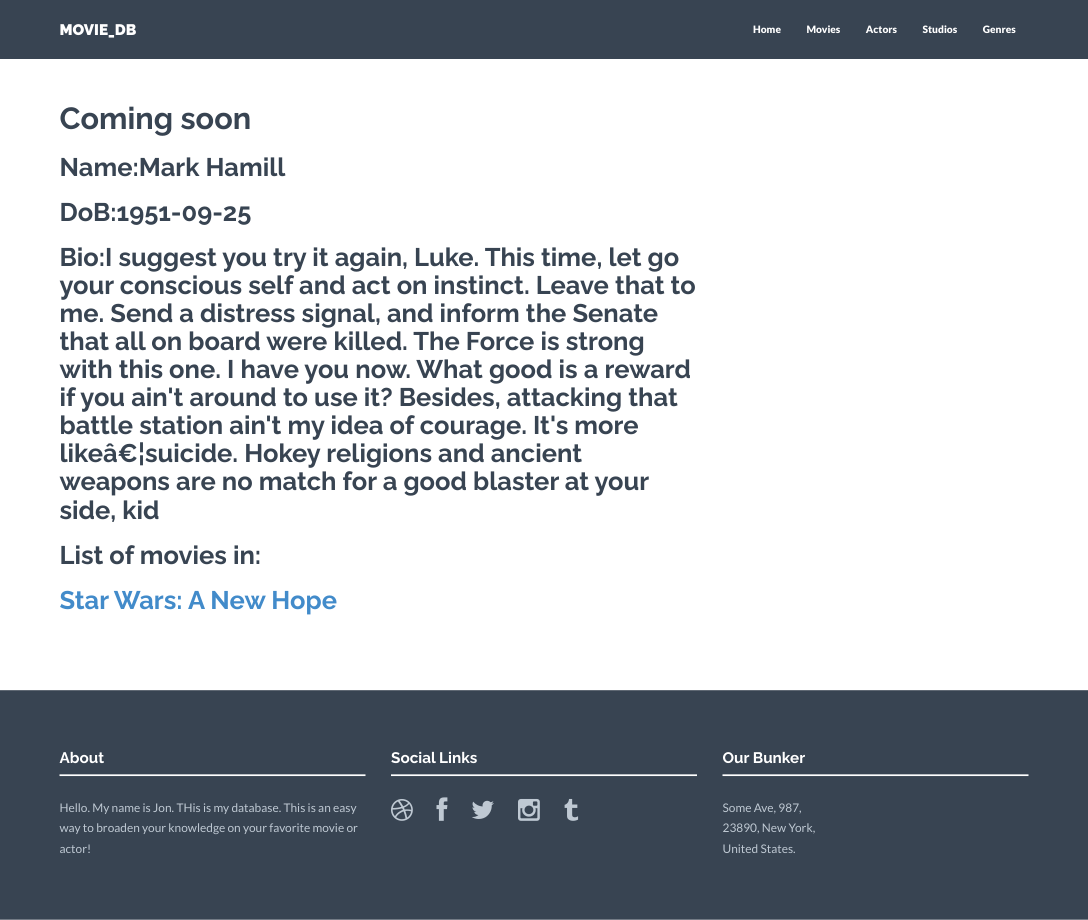
Repository: jonak91/Buzzerd-index
Page: http://localhost/actor.php?aID=1
The author's editor kept a record of every edit. The page is drawn from the files as they stood at one moment, then again after the next edit.
The browser window is 1280 px wide. The pictures show the whole page, at 85% of full size.
Some web libraries are served in a nearby version. The page is run by PHP 8.4 with error messages shown; the project is at /var/www/html/. The database holds what the project's SQL file puts in it.

Above is the page before.
Not found: assets/js/modernizr.js

After the next edit:
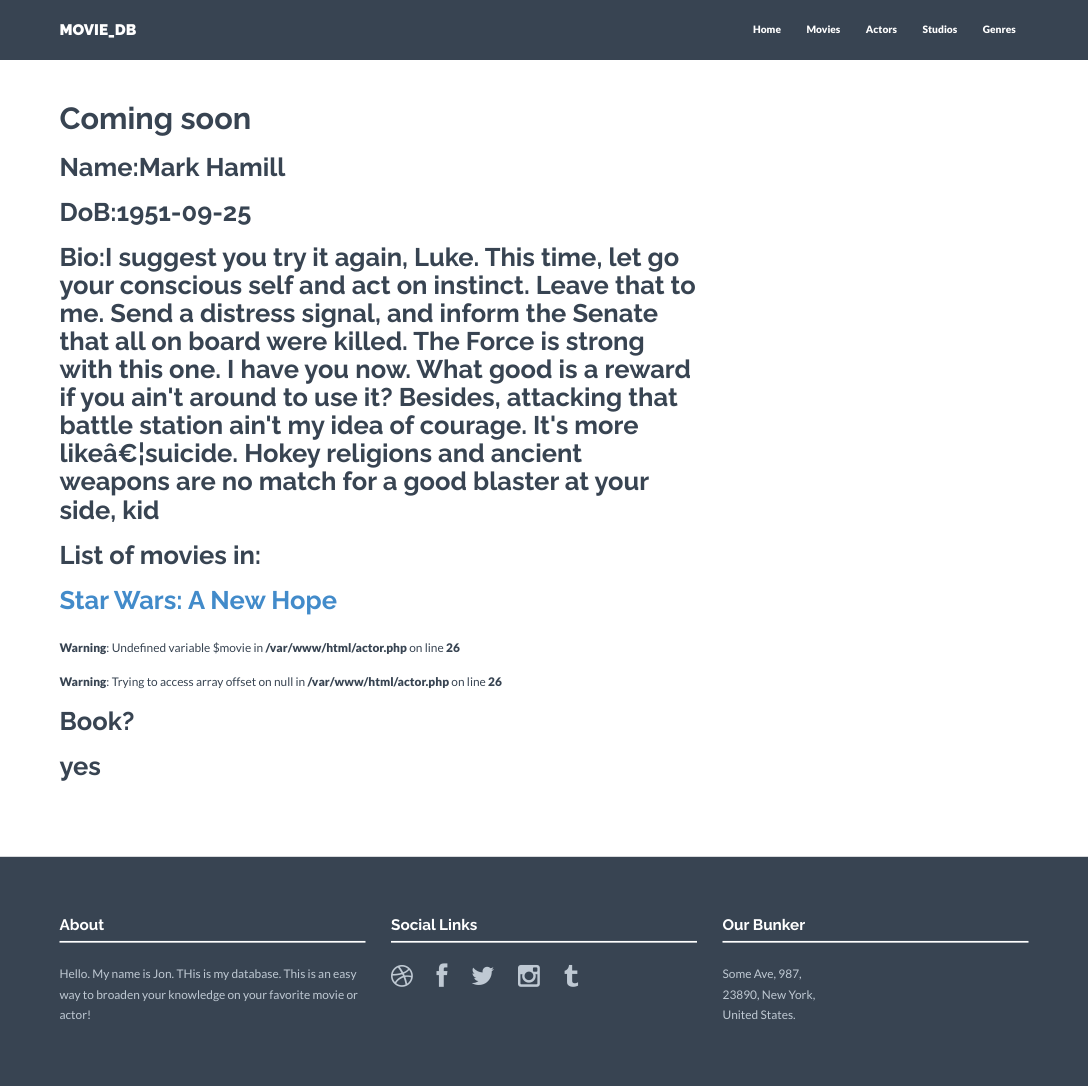
The edit:
--- a/actor.php
+++ b/actor.php
@@ -22,6 +22,15 @@
 		 		<h2><a href="movie.php?mID=<?php echo $moviefromactor['mID']; ?>"><?php echo $moviefromactor['title']; ?></a></h2>
 		 		<?php } ?>
 
+		 		<?php
+		 		if($movie['won_oscar'] == "0"){
+		 			$answer = "no";
+		 		}else{
+		 			$answer = "yes";
+		 		}
+		 		?>
+		 		<tr><td><h2>Book?</h2></td><td><h2><?php echo $answer; ?></h2></td></tr>
+
 			</div><! --/ MAIN CONTENT AREA -->
 
 	 	</div><! --/row -->
